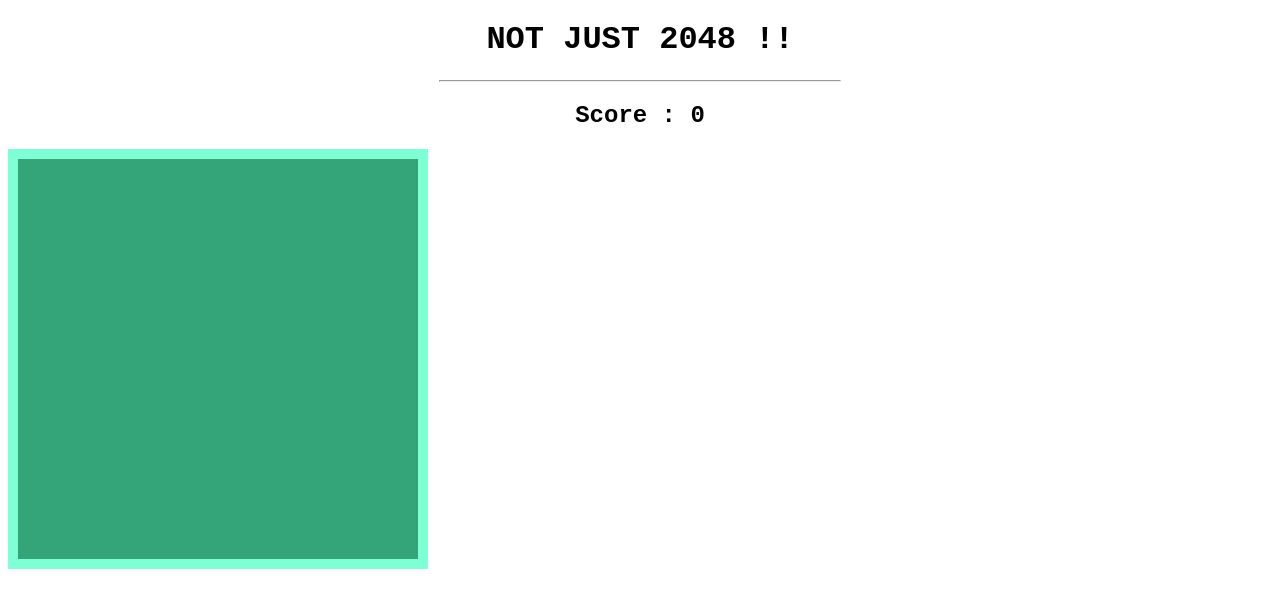
Repository: Prathamyadav1123/2048Game
Page: NotJust2048-main/2048.html
The author's editor kept a copy of each file at every save. The page is drawn from the files as they stood at one save, then again after a run of saves.
The browser window is 1280 px wide. The pictures show the whole page.

Above is the page before, as saved 2023-05-31 19:43:03.

### NotJust2048-main/2048.html
<!DOCTYPE html>
<html>
    <head>
        <title>
            2048 game
        </title>
        <link rel= "stylesheet" href="2048.css"/>
        <script src= "2048.js"></script>
    </head>
    <body>
        <h1> NOT JUST 2048 !! </h1>
        <hr>
        <h2> Score : <span id="score"> 0 </span></h2>
        <div id="board">

        </div>
    </body>
</html>

### NotJust2048-main/2048.css
body{
    font-family: 'Courier New', Courier, monospace;
    text-align: center;
}
hr{
    width: 400px;
}
#board{
    width: 400px;
    height: 400px;
    color: burlywood;
    background-color: rgb(52, 165, 120);
    border: 10px solid aquamarine;
    margin: 0 a
}

Loaded but not shown: NotJust2048-main/2048.js (no copy from this time; the picture is the same without it)

After the next 3 saves:
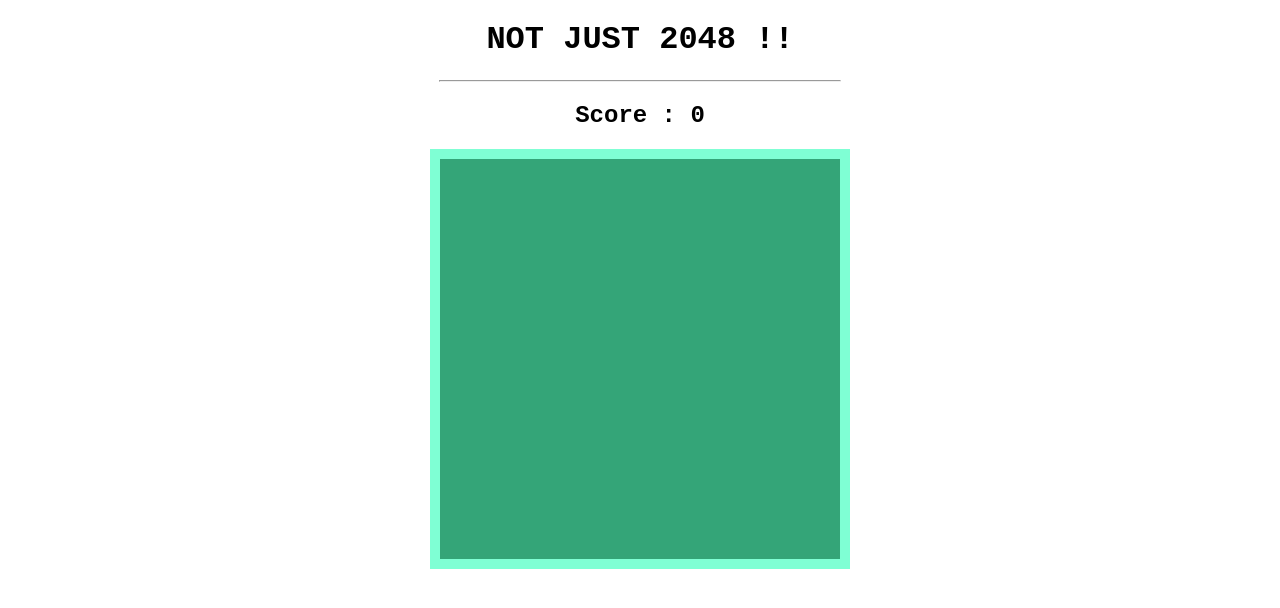
The 3 saves are shown as one change because they came seconds apart.
The last was saved 9 s later.
--- a/NotJust2048-main/2048.css
+++ b/NotJust2048-main/2048.css
@@ -11,5 +11,6 @@ hr{
     color: burlywood;
     background-color: rgb(52, 165, 120);
     border: 10px solid aquamarine;
-    margin: 0 a
+    margin: 0 auto;
+    flex:
 }
